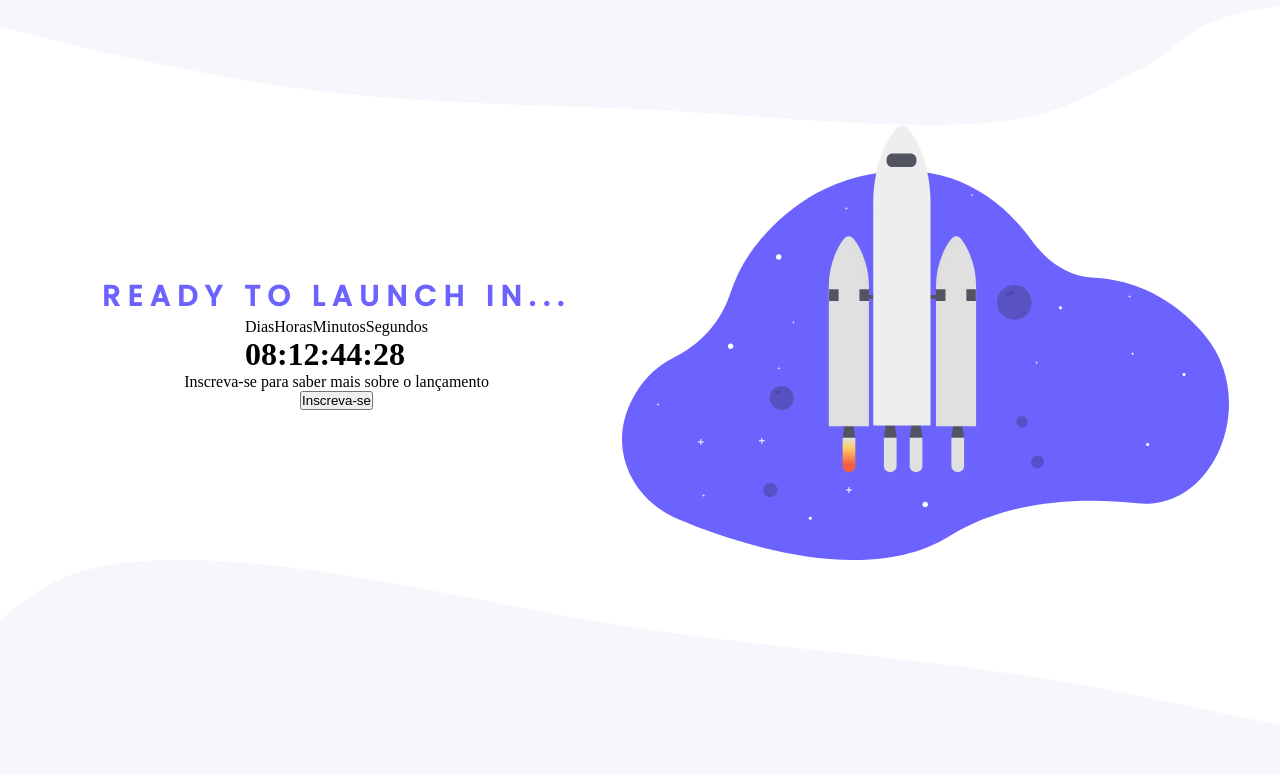
Repository: BrunoBross/countdown
Page: index.html
The author's editor kept a copy of each file at every save. The page is drawn from the files as they stood at one save, then again after a run of saves.
The browser window is 1280 px wide. The pictures show the whole page.

Above is the page before, as saved 2021-11-30 00:45:52.

After the next 4 saves:
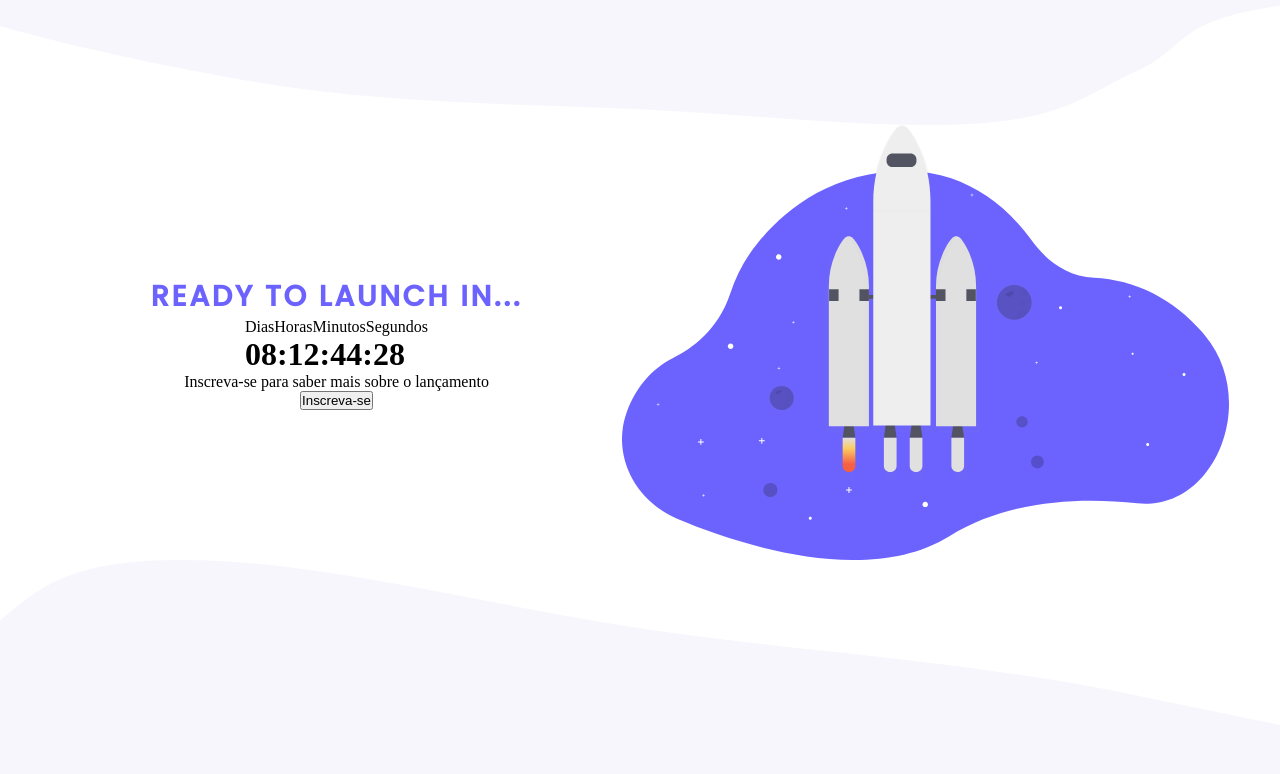
The 4 saves are shown as one change because they came seconds apart.
The last was saved 9 s later.
--- a/style.css
+++ b/style.css
@@ -50,5 +50,5 @@ body{
   font-family: 'Poppins', 'sans-serif';
   font-weight: 700;
   font-size: 4vh;
-  letter-spacing: 1vh;
+  letter-spacing: 0.2vw;
 }
